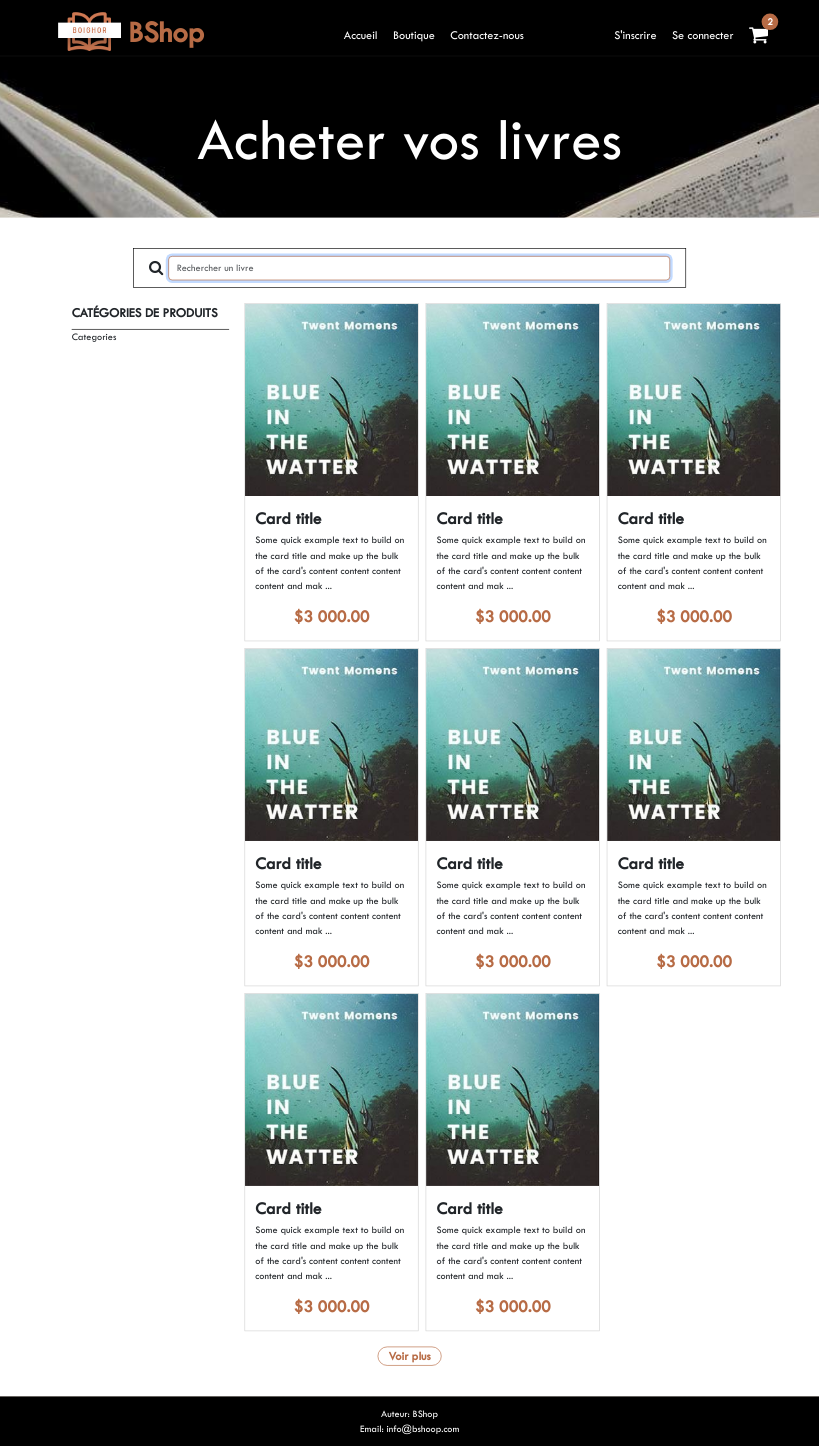
Repository: padevft/e-commerce-php
Page: http://localhost/server/pages/shop.php
An editor plug-in stored every save of this project. The page is shown before and after the next save, followed by the edit.
The browser window is 1280 px wide. The pictures show the whole page, at 64% of full size.
The first visible `.input-search` has the focus.
The page is run by PHP 8.4 with error messages shown; the project is at /var/www/html/.

Above is the page before, as saved 2023-09-18 11:32:55.

After the next save:
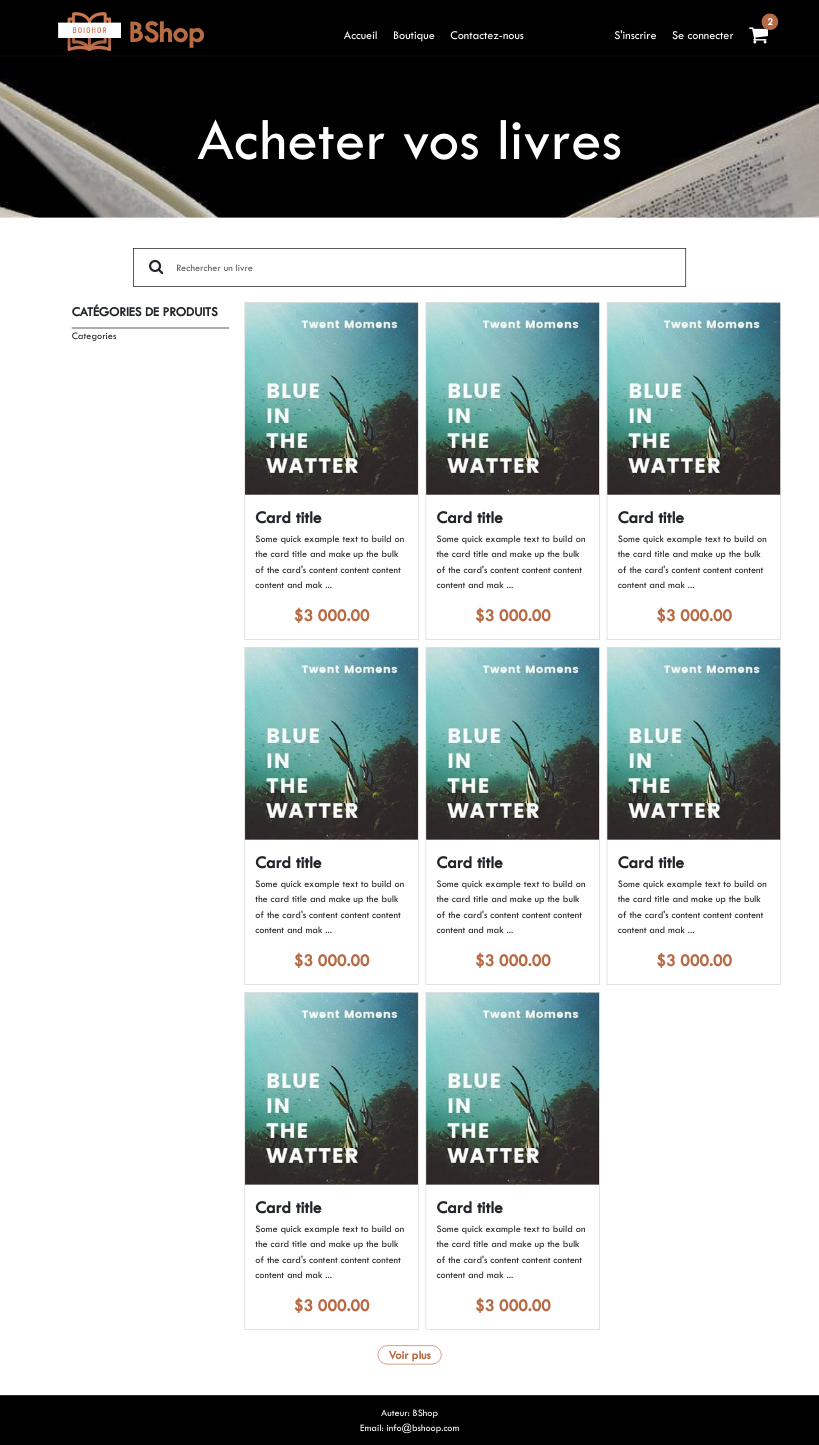
Saved 63 s later.
--- a/client/css/styles.css
+++ b/client/css/styles.css
@@ -317,7 +317,8 @@ Main
   font-size: 1.5rem;
 }
 .input-search:focus, .input-search:active{
-  border: 1px solid #b76b45 !important;
+  border: unset !important;
+  box-shadow: none !important;
 }
 
 /*
